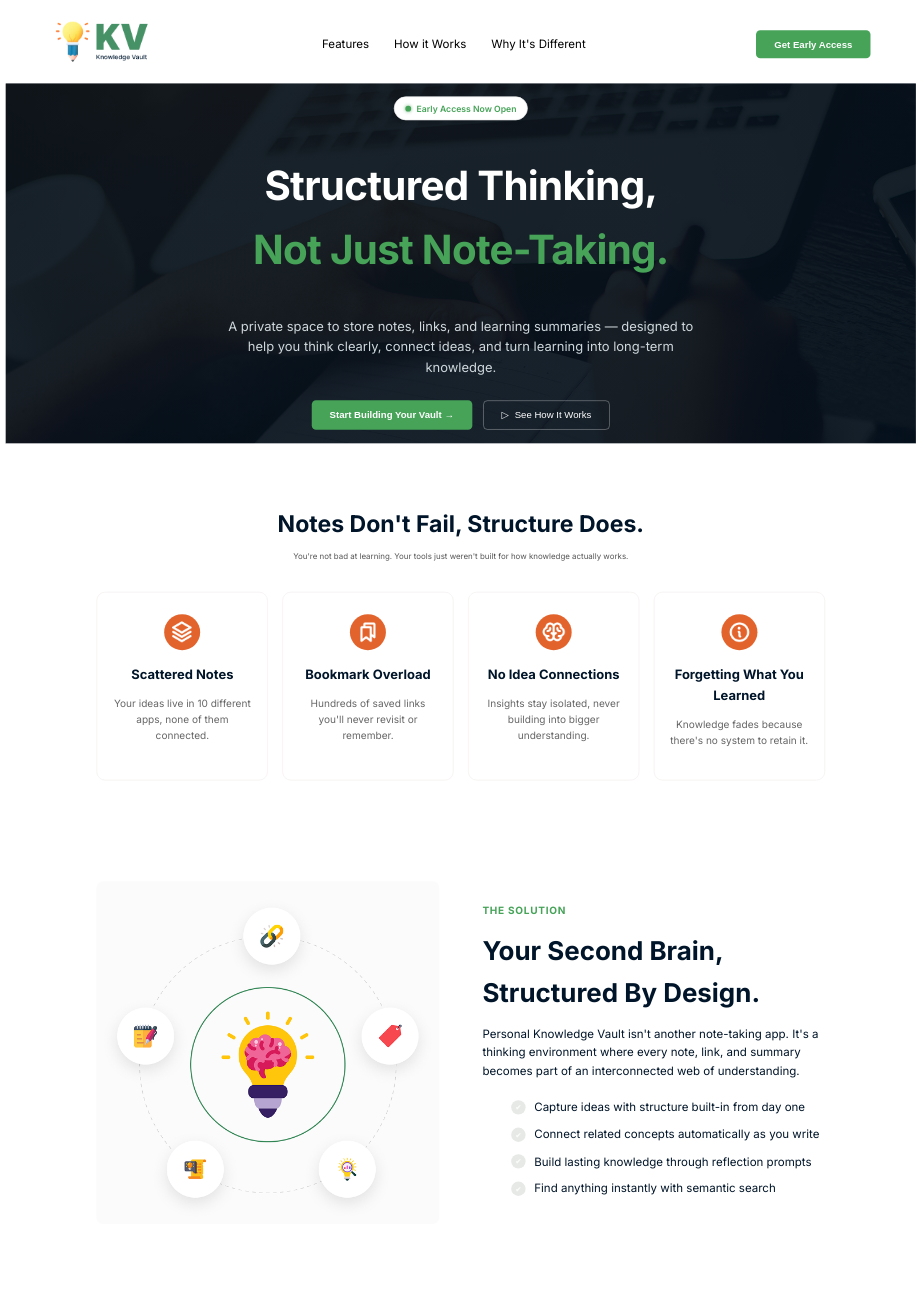
Repository: Saiful21Islam/my-fast-devel
Page: index.html
An editor plug-in stored every save of this project. The page is shown before and after the next save, followed by the edit.
The browser window is 1280 px wide. The pictures show the whole page, at 72% of full size.

Above is the page before, as saved 2026-01-31 12:34:08.

### index.html
<!DOCTYPE html>
<html lang="en">

<head>
    <meta charset="UTF-8">
    <meta name="viewport" content="width=device-width, initial-scale=1.0">
    <title>My Fast Development Project</title>
    <link rel="preconnect" href="https://fonts.googleapis.com">
<link rel="preconnect" href="https://fonts.gstatic.com" crossorigin>
<link href="https://fonts.googleapis.com/css2?family=Inter:ital,opsz,wght@0,14..32,100..900;1,14..32,100..900&family=Open+Sans:ital,wght@0,300..800;1,300..800&family=Work+Sans:ital,wght@0,100..900;1,100..900&display=swap" rel="stylesheet">
    <link rel="stylesheet" href="style.css">
</head>

<body>
    <header class="navbar">
        <div class="logo">
            <img src="assets/logo-navbar.png" alt="kv logo">
        </div>
    <nav class="nav-links">
        <a href="#">Features</a>
        <a href="#">How it Works</a>
        <a href="#">Why It's Different</a>
    </nav>
    <button class="btn-primary">Get Early Access</button>
</header>
 <section class="banner">
        <div class="banner-overlay">
            <div class="banner-content">
                <span class="early-badge">Early Access Now Open</span>
                <h1>Structured Thinking, <br><span class="green-text">Not Just Note-Taking.</span></h1>
                <p>A private space to store notes, links, and learning summaries — designed to help you think clearly,
                    connect ideas, and turn learning into long-term knowledge.</p>
                <div class="banner-btns">
                  <button class="btn-primary">Start Building Your Vault &rarr;</button>

                  <button class="btn-outline">
                  <span class="play-icon">&#9655;</span> See How It Works
                           </button>
                </div>
            </div>
        </div>
    </section>
        <section class="notes">
    <h2 class="Notes" >Notes Don't Fail, Structure Does.</h2>
    <p class="subtitle">You're not bad at learning. Your tools just weren't built for how knowledge actually works.</p>

    <div class="card-container">
        <div class="card">
            <div class="icon-circle red-bg"> <img src="assets/Vector.png" alt=""> </div>
            <h3>Scattered Notes</h3>
            <p>Your ideas live in 10 different apps, none of them connected.</p>
        </div>
        <div class="card">
            <div class="icon-circle orange-bg"> <img src="assets/Bookmarks.png" alt=""> </div>
            <h3>Bookmark Overload</h3>
            <p>Hundreds of saved links you'll never revisit or remember.</p>
        </div>
        <div class="card">
            <div class="icon-circle red-bg"> <img src="assets/Brain.png" alt=""> </div>
            <h3>No Idea Connections</h3>
            <p>Insights stay isolated, never building into bigger understanding.</p>
        </div>
        <div class="card">
            <div class="icon-circle red-bg"> <img src="assets/Info.png" alt=""> </div>
            <h3>Forgetting What You Learned</h3>
            <p>Knowledge fades because there's no system to retain it.</p>
        </div>
    </div>
    </section>
 <section class="second-brain">
    <div class="brain-visual">
        <img src="assets/knowledge.png" alt="Second Brain Illustration">
    </div>

    <div class="brain-content">
        <span class="solution-tag">THE SOLUTION</span>
        <h2>Your Second Brain, <br> Structured By Design.</h2>
        <p>Personal Knowledge Vault isn't another note-taking app. It's a thinking environment where every note, link, and summary becomes part of an interconnected web of understanding.</p>

        <ul class="feature-list">
            <li>Capture ideas with structure built-in from day one</li>
            <li>Connect related concepts automatically as you write</li>
            <li>Build lasting knowledge through reflection prompts</li>
            <li>Find anything instantly with semantic search</li>
        </ul>
    </div>
</section>

</body>
</html>

### style.css
/* Google Font (Always on Top) */
@import url('https://fonts.googleapis.com/css2?family=Inter:wght@400;600;700&display=swap');

/* Global */
body {
    font-family: 'Inter', sans-serif;
    color: #001529;
    line-height: 1.6;
}

/* Navbar */
.navbar {
    display: flex;
    justify-content: space-between;
    align-items: center;
    padding: 20px 5%;
}

.nav-links a {
    text-decoration: none;
    color: black;
    margin: 0 15px;
}

/* Buttons */
.btn-early {
    background-color: #46a358;
    color: white;
    padding: 10px 20px;
    border: none;
    border-radius: 5px;
}

/* Banner */
.banner {
    background-image: linear-gradient(rgba(0, 0, 0, 0.5), rgba(0, 0, 0, 0.5)),
        url('assets/hero-bg.png');
    background-size: cover;
    background-position: center;
    height: 500px;

    display: flex;
    justify-content: center;
    align-items: center;
    text-align: center;
    color: white;
}

/* Badge */
.early-badge {
    display: inline-flex;
    align-items: center;
    color: #46a358;
    background-color: #fff;
    padding: 6px 15px;
    border: 1px solid #eee;
    border-radius: 50px;
    font-size: 12px;
    font-weight: 600;
    cursor: pointer;
    box-shadow: 0 2px 5px rgba(0, 0, 0, 0.1);
}

.early-badge::before {
    content: "";
    height: 8px;
    width: 8px;
    background-color: #46a358;
    border-radius: 50%;
    margin-right: 8px;
    box-shadow: 0 0 5px rgba(70, 163, 88, 0.8);
}

/* Text */
h1 {
    font-size: 56px;
    font-weight: 700;
    letter-spacing: -1px;
}

.green-text {
    color: #46a358;
}

.banner p {
    font-size: 18px;
    color: #cfd8dc;
    max-width: 650px;
    margin: 20px auto;
}

/* Banner Buttons */
.banner-btns {
    display: flex;
    justify-content: center;
    gap: 15px;
    margin-top: 30px;
}

.btn-primary {
    background-color: #46a358;
    color: white;
    padding: 12px 25px;
    border: none;
    border-radius: 6px;
    font-weight: 600;
    cursor: pointer;
    transition: 0.3s;
}

.btn-primary:hover {
    background-color: #3b8a4a;
}

.btn-outline {
    background: transparent;
    color: white;
    padding: 12px 25px;
    border: 1px solid rgba(255, 255, 255, 0.4);
    border-radius: 6px;
    font-weight: 500;
    cursor: pointer;
    display: flex;
    align-items: center;
    gap: 8px;
}

.btn-outline:hover {
    background: rgba(255, 255, 255, 0.1);
    border-color: white;
}


.notes {
    text-align: center;
    padding: 60px 10%;
    background-color: #fff;
}

.card-container {
    display: flex;
    /* 4ti card ke pashapashi rakhar jonno */
    gap: 20px;
    margin-top: 40px;
}

.card {
    flex: 1;
    /* Shob card shoman size-er hobe */
    padding: 30px 20px;
    border: 1px solid #f4f0ee;
    border-radius: 12px;
    transition: 0.3s;

}

/* Hover Effect (Challenge Requirement) */
.card:hover {
    box-shadow: 0 10px 20px rgba(0, 0, 0, 0.05);
    transform: translateY(-5px);
}

/* Icon Design */
.icon-circle {
    width: 50px;
    height: 50px;
    border-radius: 50%;
    display: flex;
    align-items: center;
    justify-content: center;
    margin: 0 auto 20px;
    font-size: 20px;

}

.Notes {
    font-size: 32px;
    font-weight: 700;
    margin-bottom: 10px;
}

.subtitle {
    font-size: 11px;
    color: #555;
}

.red-bg {
    background-color: #e3632c;
    color: #f1ecec;
}

.orange-bg {
    background-color: #e3632c;
    color: #fefdfc;
}

.card h3 {
    font-size: 18px;
    margin-bottom: 10px;
}

.card p {
    font-size: 14px;
    color: #666;
}

.second-brain {
    display: flex;
    align-items: center; /* Image ar text ke pashapashi majhkhane rakhbe */
    padding: 80px 10%;
    gap: 60px; /* Image ar text-er majhkhane faka jaiga */
}

.brain-visual, .brain-content {
    flex: 1; /* Duto side-e shoman jaiga nibe */
}

.brain-visual img {
    max-width: 100%;
    height: auto;
}

.solution-tag {
    color: #46a358;
    font-size: 14px;
    font-weight: 700;
    text-transform: uppercase;
    letter-spacing: 1px;
}

.brain-content h2 {
    font-size: 36px;
    margin: 15px 0;
    color: #001529;
}

/* Feature List Styling */
.feature-list {
    list-style: none; /* Default bullet points bad */
    margin-top: 25px;
}

.feature-list li {
    margin-bottom: 12px;
    font-size: 16px;
    display: flex;
    align-items: center;
}

/* List-er shamne green checkmark magic */
.feature-list li::before {
    content: "✔";
    color: #f9fbf9;
    font-weight: bold;
    margin-right: 12px;
    background: #e6e9e6;
    width: 20px;
    height: 20px;
    display: flex;
    justify-content: center;
    align-items: center;
    border-radius: 50%;
    font-size: 10px;
}

After the next save:
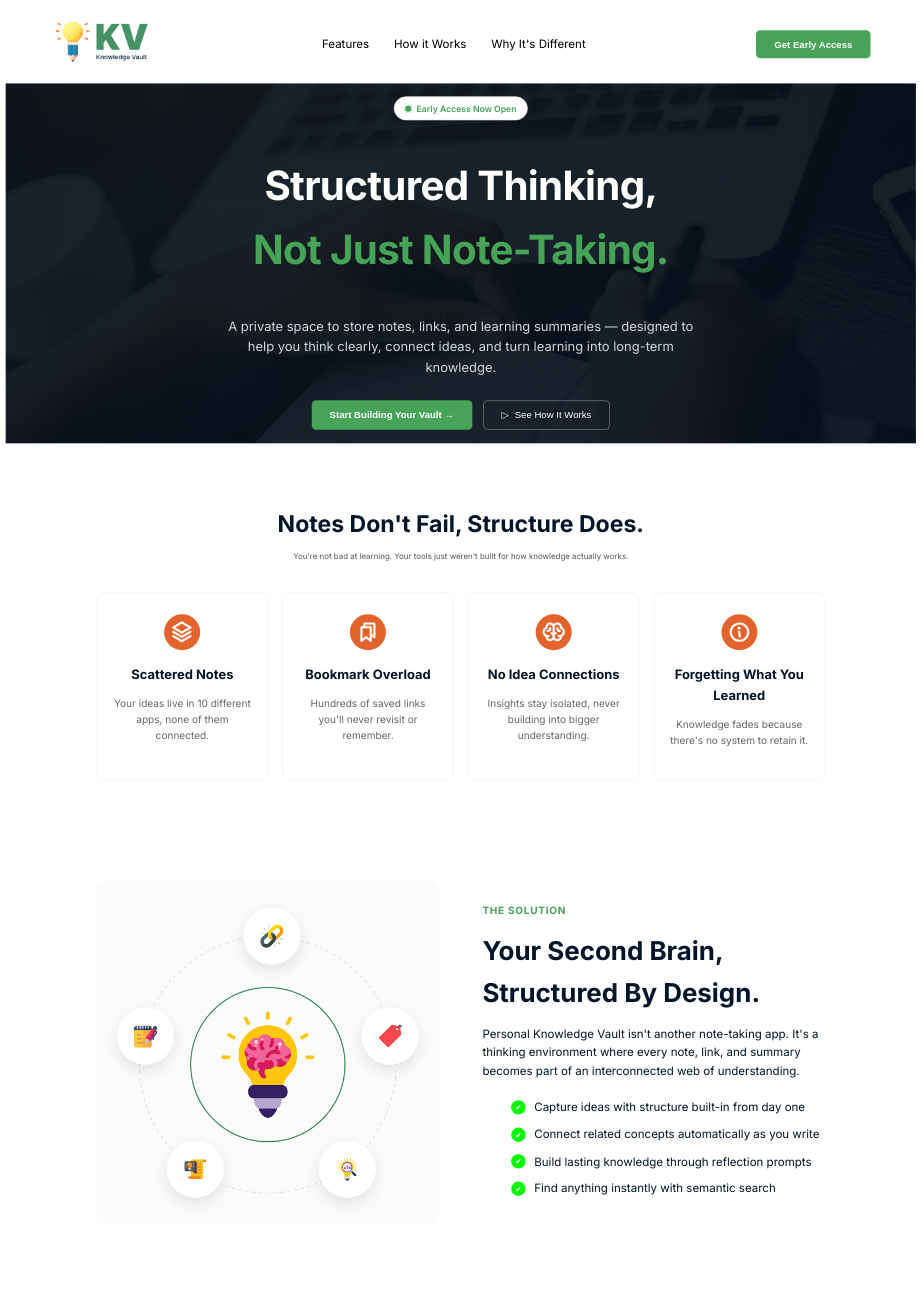
Saved 4 s later.
--- a/style.css
+++ b/style.css
@@ -253,7 +253,7 @@
     color: #f9fbf9;
     font-weight: bold;
     margin-right: 12px;
-    background: #e6e9e6;
+    background: #05f705;
     width: 20px;
     height: 20px;
     display: flex;
